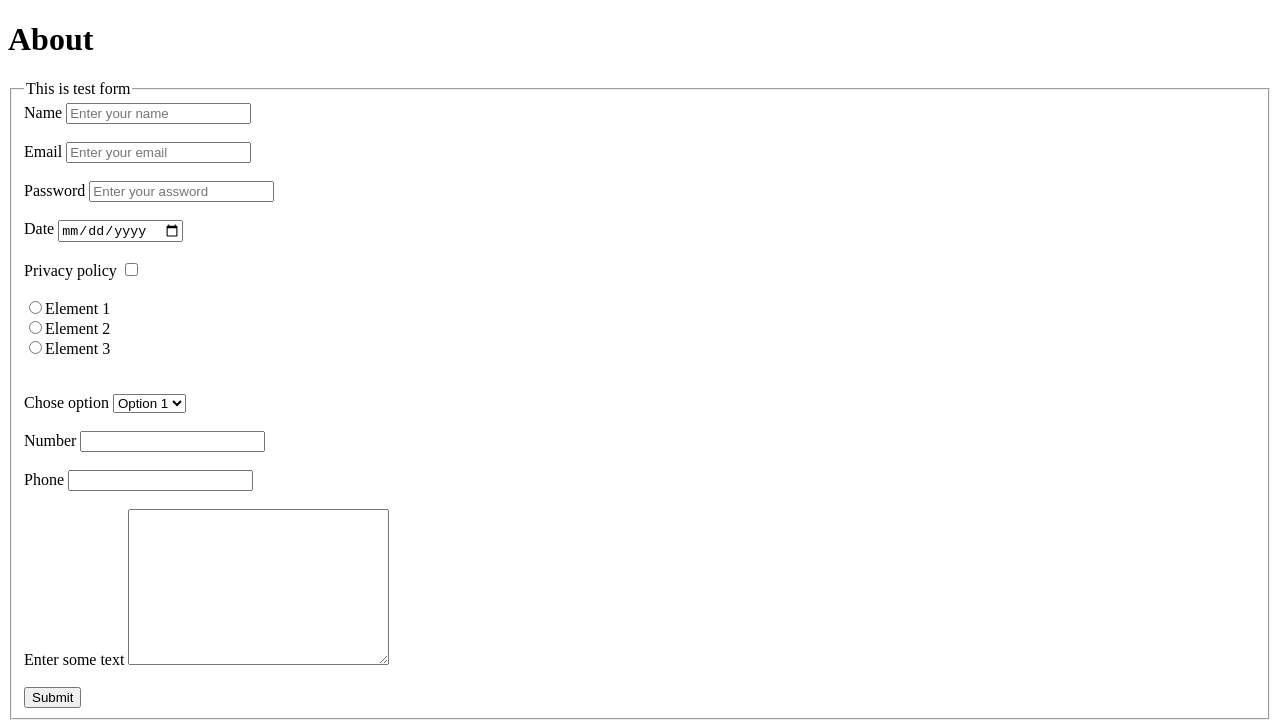
Repository: fisikusari/test-repo
Page: about.html
The author's editor kept a copy of each file at every save. The page is drawn from the files as they stood at one save, then again after the next save.
The browser window is 1280 px wide. The pictures show the whole page.

Above is the page before, as saved 2021-11-11 19:46:52.

After the next save:
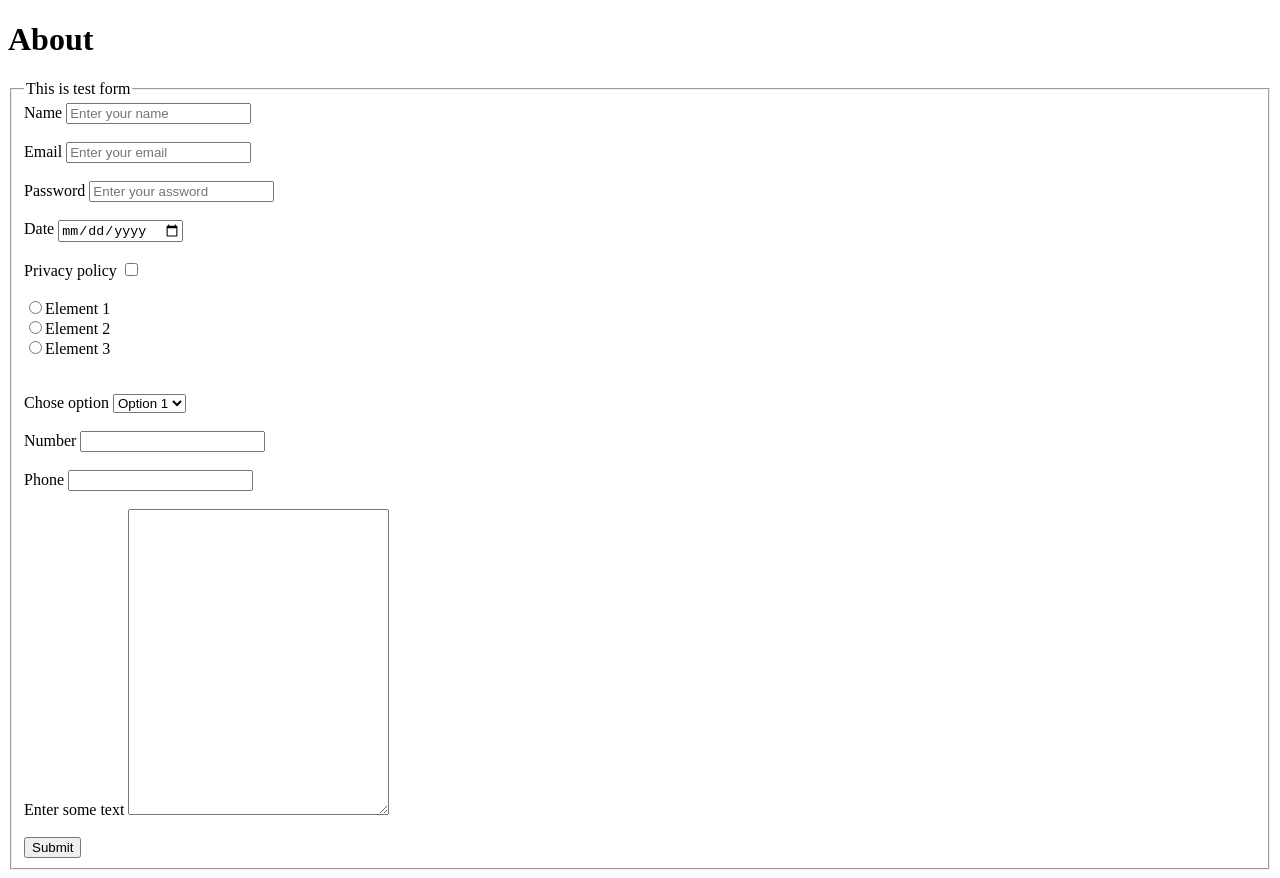
Saved 45 s later.
--- a/about.html
+++ b/about.html
@@ -44,7 +44,7 @@
       <label for="tel">Phone</label>
       <input type="tel" name="tel" id="tel"><br><br>
       <label for="textarea">Enter some text</label>
-      <textarea name="" id="" cols="30" rows="10"></textarea> <br><br>
+      <textarea name="" id="" cols="30" rows="20"></textarea> <br><br>
       <input type="submit" value="Submit">
     </fieldset>
     <!--Fieldset Ends here-->
